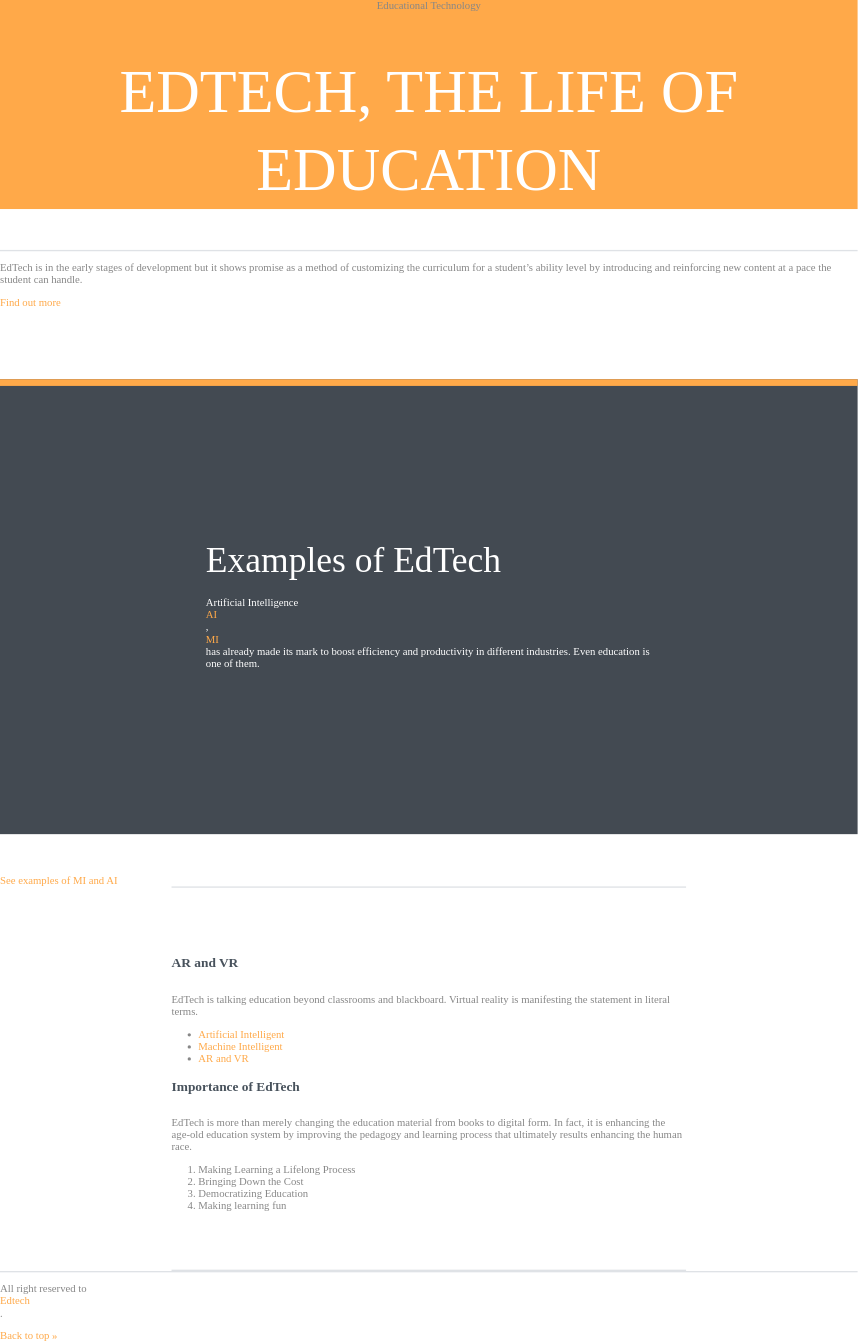
Repository: tunmishyi/edtech
Page: index.html
These files come from the project's save history. The page is drawn as it stood at one moment and after the next save; the edit follows.
The browser window is 1280 px wide. The pictures show the whole page, at 67% of full size.

Above is the page before, as saved 2020-06-12 01:15:21.

### index.html
<html>
	<head>
		<title>EdTech</title>
		<link rel="stylesheet" href="/home/peterolayinka/Documents/archive/tutorial/jumoke/css/style.css">
	</head>
	<body>
		<header id="top" class="main-header">
			<span class"title">Educational Technology</span>
			<h1>EdTech, The life of Education</h1>
		</header>

		<div class="primary-content, t-border">
			<p>
					EdTech is in the early stages of development but it shows promise as a method of customizing the curriculum for a student’s ability level by introducing and reinforcing new content at a pace the student can handle.
			</p>
			<a href="#more">Find out more</a>

			<div class="edtech">
			<h2>Examples of EdTech</h2>
			<p>
				Artificial Intelligence <a href="#">AI</a>, <a href="#">MI</a> has already made its mark to boost efficiency and productivity in different industries. Even education is one of them.
			</p>
		</div>

		<a href="#" class="callout">See examples of MI and AI</a>

		<div class="secondary-content t-border">
			<h3>AR and VR</h3>
				<p>
					EdTech is talking education beyond classrooms and blackboard. Virtual reality is manifesting the statement in literal terms.
				</p>
				<ul>
					<li><a href="#">Artificial Intelligent</a></li>
					<li><a href="#">Machine Intelligent</a></li>
					<li><a href="#">AR and VR</a></li>
				</ul>
				<h3>Importance of EdTech</h3>
				<p>
					EdTech is more than merely changing the education material from books to digital form. In fact, it is enhancing the age-old education system by improving the pedagogy and learning process that ultimately results enhancing the human race.
				</p>
				<ol>
					<li>Making Learning a Lifelong Process</li>
					<li>Bringing Down the Cost</li>
					<li>Democratizing Education</li>
					<li>Making learning fun</li>
				</ol>
			</div>

			<footer id="main-footer" class="t-border">
				<p>All right reserved to <a href="#">Edtech</a>.</p>
				<a href="#top">Back to top &raquo;</a>
			</footer>
	</body>
</html>

### style.css
/*Type Selectors */

body {
   color: #878787;
   margin: 0;
   font-size: 1em;
}

h1 {
    font-size: 5.625rem; /* 90px/16px */
    color: rgba(255, 255, 255, 1);
    text-transform: uppercase;
    font-weight: normal;
    line-height: 1.3;
    }

    h2 {
        font-size: 3.3125em; /* 53px/16px */
        font-weight: normal;
        line-height: 1.1;
        margin: 0 0 .5em; /* 0 0 26px  */
    }

    h3 {
        font-size: 1.25em; /* 20px/16px */
        color: #48525c;
        line-height: 1.2;
        margin-bottom: 1.7em; /* 34px */
    }

    /* li {
        display: inline-block;
        padding: 0 12px;
        border-right: solid 1px;
        margin: 80px 0;
    } */

 /* Pseudo classes */
    a:link {
        color: rgb(255, 169, 73);
        text-decoration: none;
        display: block;
     }

    a:visited {
        color: lightblue;
    }

    a:hover {
        color: rgba(255, 169, 73, .4);
    }

    a:active {
        color: lightcoral;
    }

    /*Main Styles---- */

    .main-header {
        background-color: #ffa949;
       }

    .title {
        color: white;
        font-size: 1.625rem; /* 26px/16px  */
    }

    .primary-content,
    .main-header,
    .main-footer {
        text-align: center;
    }

    .primary-content {
        padding-top: 25px;
        padding-bottom: 95px;
    }

    .secondary-content {
        padding-top: 80px;
        padding-bottom: 70px;
        border-bottom: 2px solid #dfe2e6;
    }

    .main-footer {
        padding-top: 60px;
        padding-bottom: 60px;
        border-bottom: 10px solid #ffa949;
    }

    .t-border {
        border-top: 2px solid #dfe2e6; /* Top Border styles */
    }


    /*Layout styles-----*/

    .primary-content,
    .secondary-content {
        width: 60%;
        margin: auto;
    }

    .edtech {
        color: white;
        background-color: #434a52;
        padding: 18% 24%;
        border-top: 10px solid #ffa949;
        margin: 105px 0 60px;
     }

After the next save:
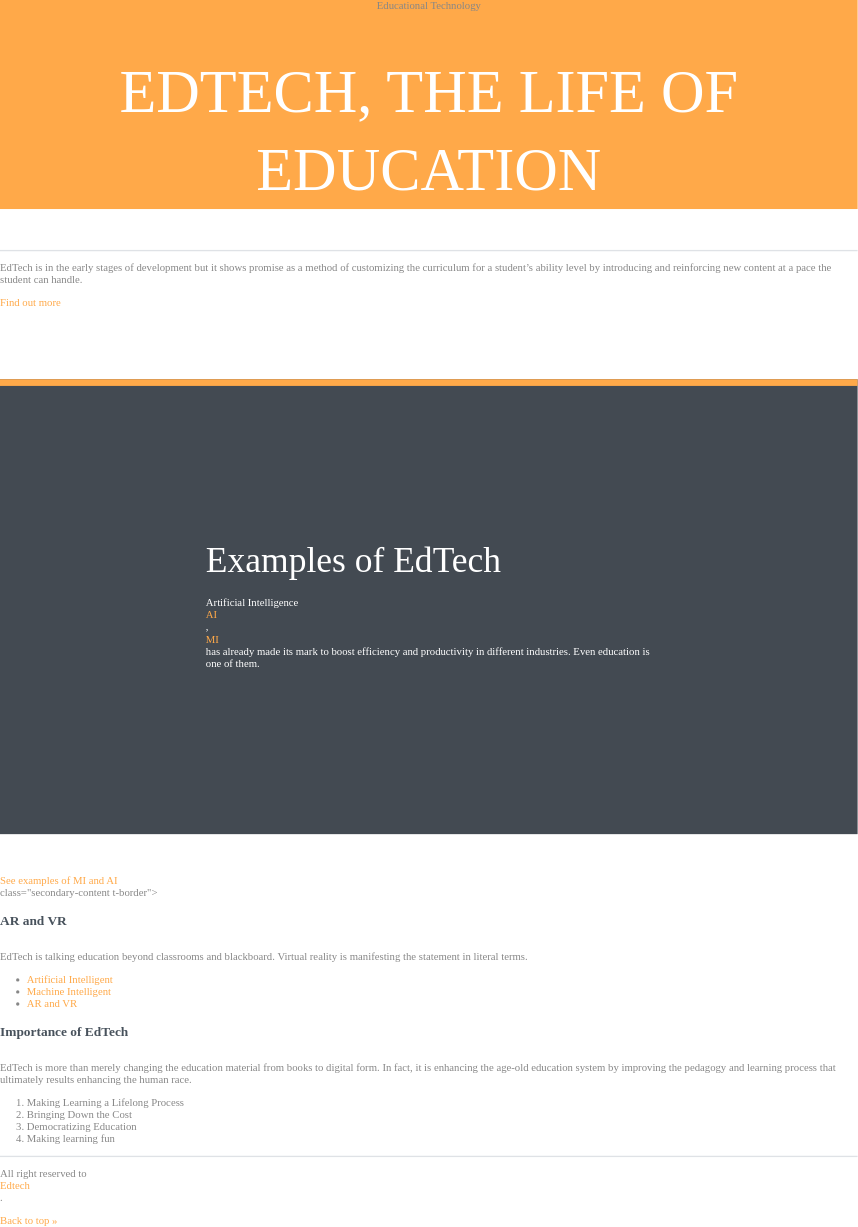
Saved 79 s later.
--- a/index.html
+++ b/index.html
@@ -22,9 +22,8 @@
 			</p>
 		</div>
 
-		<a href="#" class="callout">See examples of MI and AI</a>
-
-		<div class="secondary-content t-border">
+			<a href="#" class="callout">See examples of MI and AI</a>
+		</div> <!-- End .primary=comtent--> class="secondary-content t-border">
 			<h3>AR and VR</h3>
 				<p>
 					EdTech is talking education beyond classrooms and blackboard. Virtual reality is manifesting the statement in literal terms.

After the save that followed:
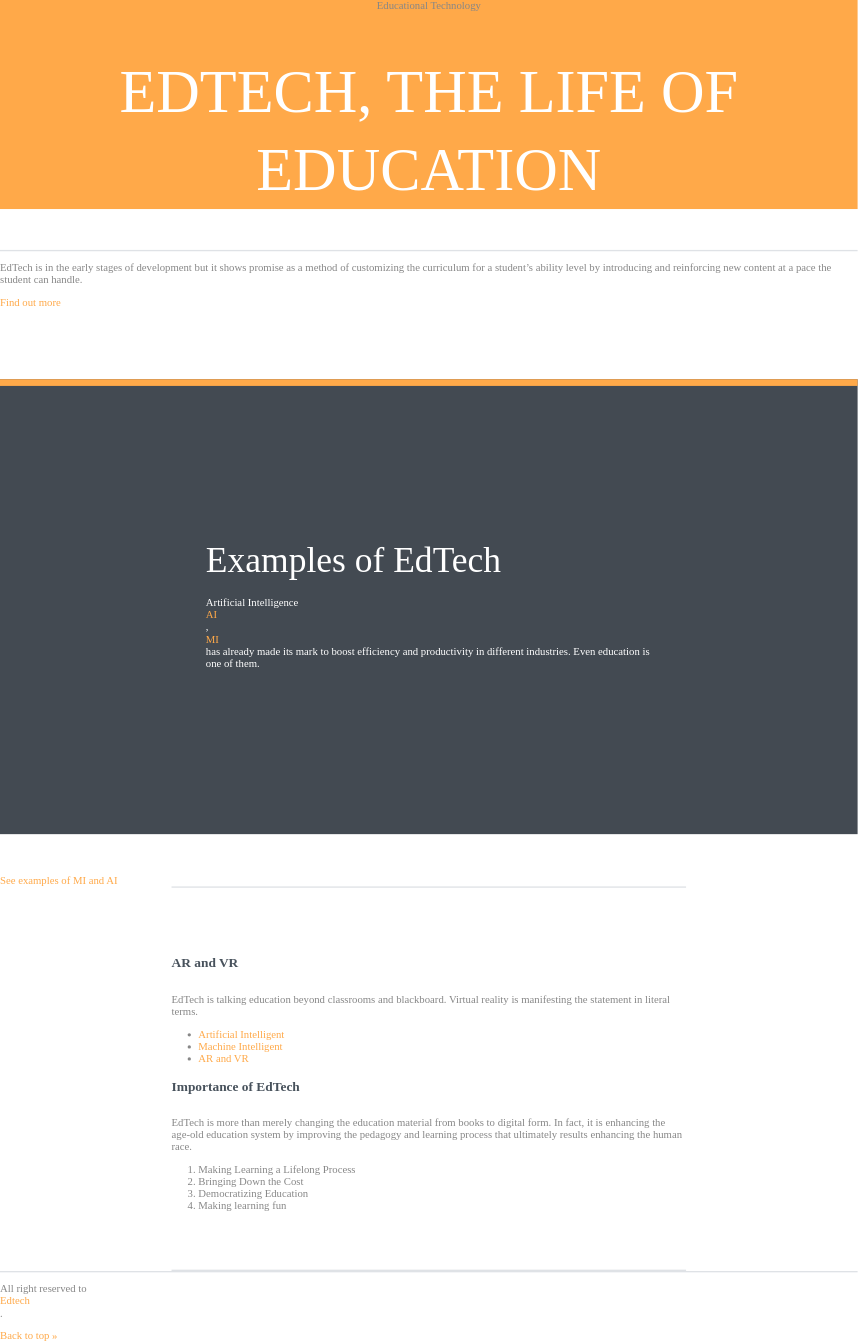
Saved 27 s later.
--- a/index.html
+++ b/index.html
@@ -23,7 +23,9 @@
 		</div>
 
 			<a href="#" class="callout">See examples of MI and AI</a>
-		</div> <!-- End .primary=comtent--> class="secondary-content t-border">
+		</div> <!-- End .primary=comtent-->
+
+		<div class="secondary-content t-border">
 			<h3>AR and VR</h3>
 				<p>
 					EdTech is talking education beyond classrooms and blackboard. Virtual reality is manifesting the statement in literal terms.
